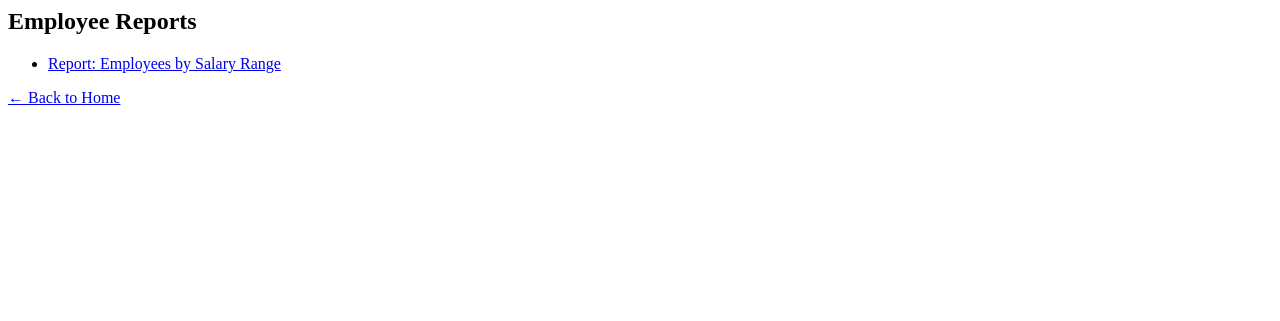
Repository: KUSUMA-74/Advance-JavaProject
Page: http://localhost/EmployeeWebApp/reports.jsp
An editor plug-in stored every save of this project. The page is shown before and after the next save, followed by the edit.
The browser window is 1280 px wide. The pictures show the whole page.
The page is served by Tomcat 9.

Above is the page before, as saved 2025-05-30 08:38:36.

After the next save:
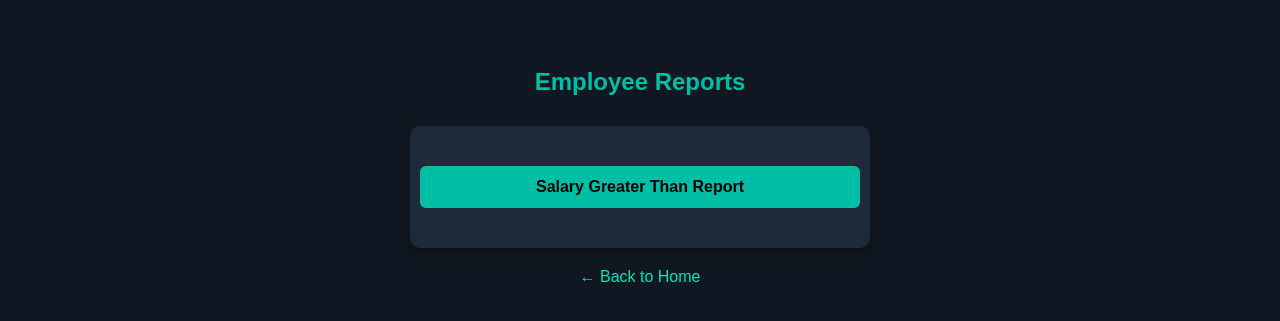
Saved 42 s later.
--- a/EmployeeWebApp/src/main/webapp/reports.jsp
+++ b/EmployeeWebApp/src/main/webapp/reports.jsp
@@ -1,13 +1,63 @@
 <%@ page contentType="text/html;charset=UTF-8" language="java" %>
+<!DOCTYPE html>
 <html>
 <head>
     <title>Employee Reports</title>
+    <style>
+        body {
+            background-color: #121821;
+            color: #e0e6e9;
+            font-family: Arial, sans-serif;
+            padding: 40px;
+            display: flex;
+            flex-direction: column;
+            align-items: center;
+        }
+        h2 {
+            color: #00bfa6;
+            margin-bottom: 30px;
+        }
+        .card {
+            background-color: #1e2a38;
+            width: 400px;
+            padding: 30px;
+            border-radius: 10px;
+            box-shadow: 0 4px 12px rgba(0,0,0,0.3);
+            display: flex;
+            flex-direction: column;
+            align-items: center;
+        }
+        .report-link {
+            display: block;
+            background-color: #00bfa6;
+            color: black;
+            text-align: center;
+            text-decoration: none;
+            padding: 12px 20px;
+            border-radius: 6px;
+            font-weight: bold;
+            margin: 10px 0;
+            width: 100%;
+        }
+        .report-link:hover {
+            background-color: #00e6b8;
+        }
+        a.back {
+            margin-top: 20px;
+            color: #00e6b8;
+            text-decoration: none;
+        }
+    </style>
 </head>
 <body>
     <h2>Employee Reports</h2>
-    <ul>
-        <li><a href="report_form.jsp">Report: Employees by Salary Range</a></li>
-    </ul>
-    <a href="index.jsp">← Back to Home</a>
+
+    <div class="card">
+        <a class="report-link" href="report_form.jsp">Salary Greater Than Report</a>
+        <!-- You can add more report links below as needed -->
+        <!-- <a class="report-link" href="another_report.jsp">Another Report</a> -->
+    </div>
+
+    <a class="back" href="index.jsp">← Back to Home</a>
 </body>
 </html>
